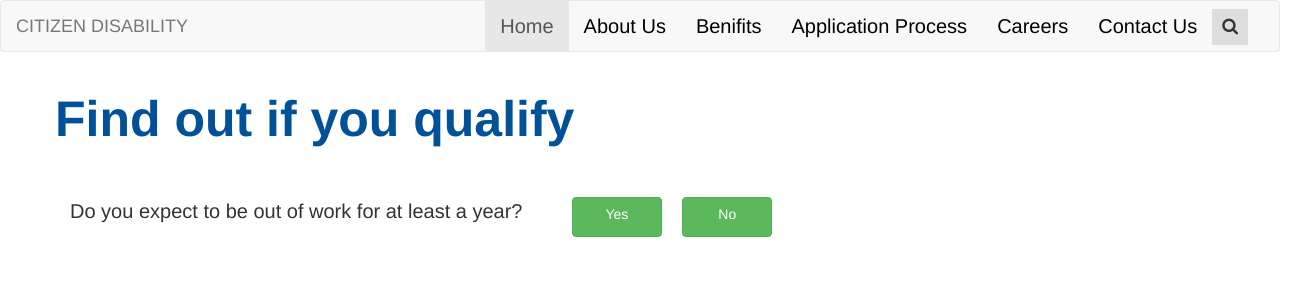
Repository: welcome0605/Embed-html-integrate-with-API
Page: Home.html
These files come from the project's save history. The page is drawn as it stood at one moment and after the next save; the edit follows.
The browser window is 1280 px wide. The page is 1280 px wide, then 1298 px, so the pictures cover 1298 px, including what lies to the right of the window. The pictures show the whole page.

Above is the page before, as saved 2019-04-27 15:24:04.

After the next save:
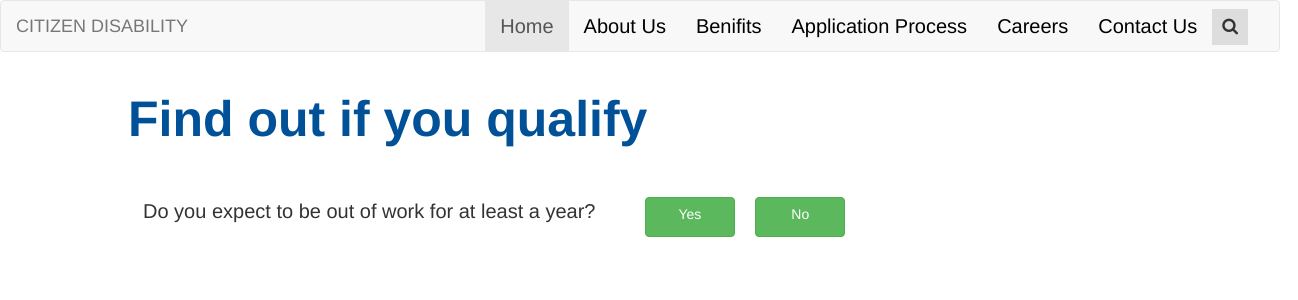
Saved 45 s later.
--- a/css/base.css
+++ b/css/base.css
@@ -60,3 +60,7 @@ navbar-default .navbar-nav>.active>a, .navbar-default .navbar-nav>.active>a:focu
     margin-bottom: 50px;
     font-size: 50px;
 }
+
+.container {
+    margin: auto 10% auto 10%;
+}
